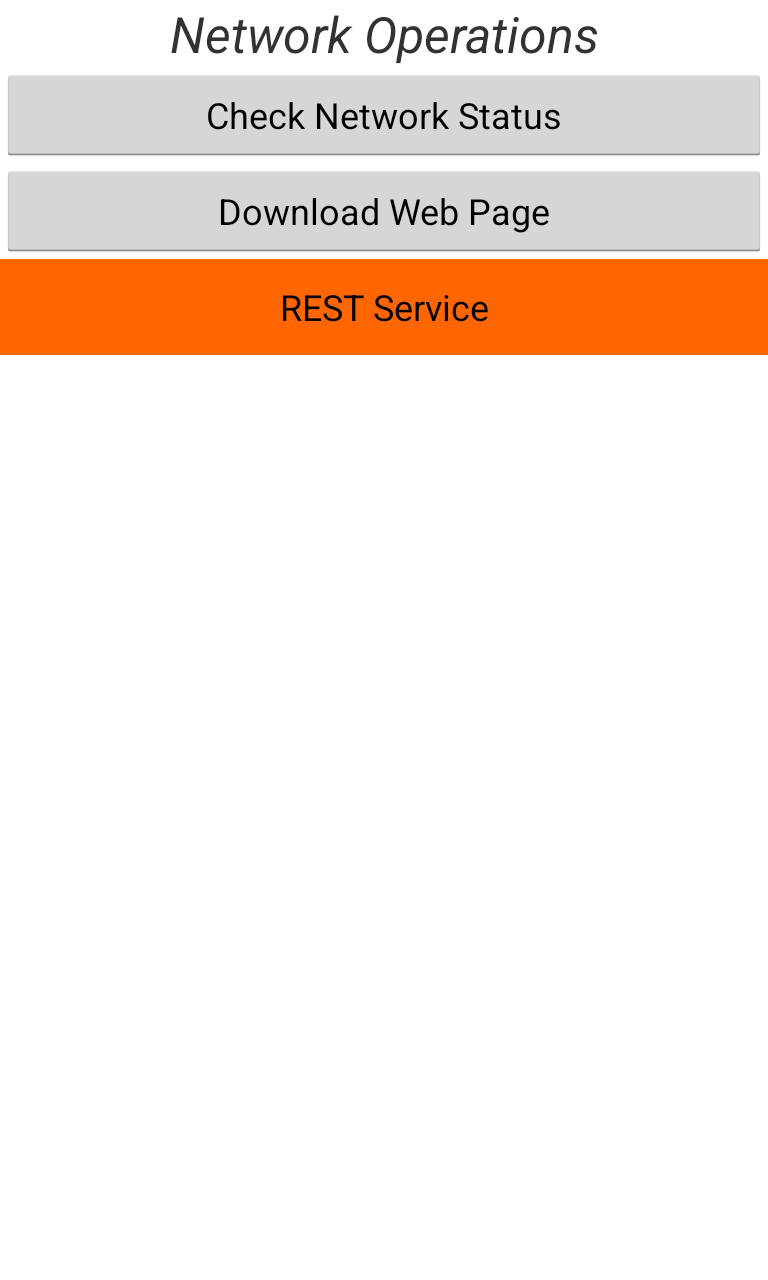
Repository: bvrit-vineeth/android-projects
Layout: NetworkingTest/res/layout/activity_main.xml
The author's editor kept a copy of each file at every save. The layout is drawn from the files as they stood at one save, then again after the next save.
It is drawn on a 768 x 1280 px phone screen (xhdpi) without system bars, with theme AppTheme; the app's code is not run.

Above is the layout before, as saved 2013-08-26 16:19:59.

### NetworkingTest/res/layout/activity_main.xml
<?xml version="1.0" encoding="utf-8"?>
<LinearLayout
	android:id="@+id/widget32"
	android:layout_width="fill_parent"
	android:layout_height="fill_parent"
	android:orientation="vertical"
	xmlns:android="http://schemas.android.com/apk/res/android">
<TextView
	android:id="@+id/widget35"
	android:layout_width="fill_parent"
	android:layout_height="wrap_content"
	android:text="Network Operations"
	android:textSize="25sp"
	android:typeface="sans"
	android:textStyle="italic"
	android:gravity="center" />
<Button
	android:id="@+id/widget37"
	android:layout_width="fill_parent"
	android:layout_height="wrap_content"
	android:text="Check Network Status" />
<Button
	android:id="@+id/widget38"
	android:layout_width="fill_parent"
	android:layout_height="wrap_content"
	android:text="Download Web Page" />
<Button
	android:id="@+id/widget39"
	android:layout_width="fill_parent"
	android:layout_height="wrap_content"
	android:background="#ffff6600"
	android:text="REST Service" />
</LinearLayout>

Loaded but not shown: NetworkingTest/res/values/styles.xml (common file); NetworkingTest/res/values-v11/styles.xml (common file); NetworkingTest/res/values-v14/styles.xml (common file)

After the next save:
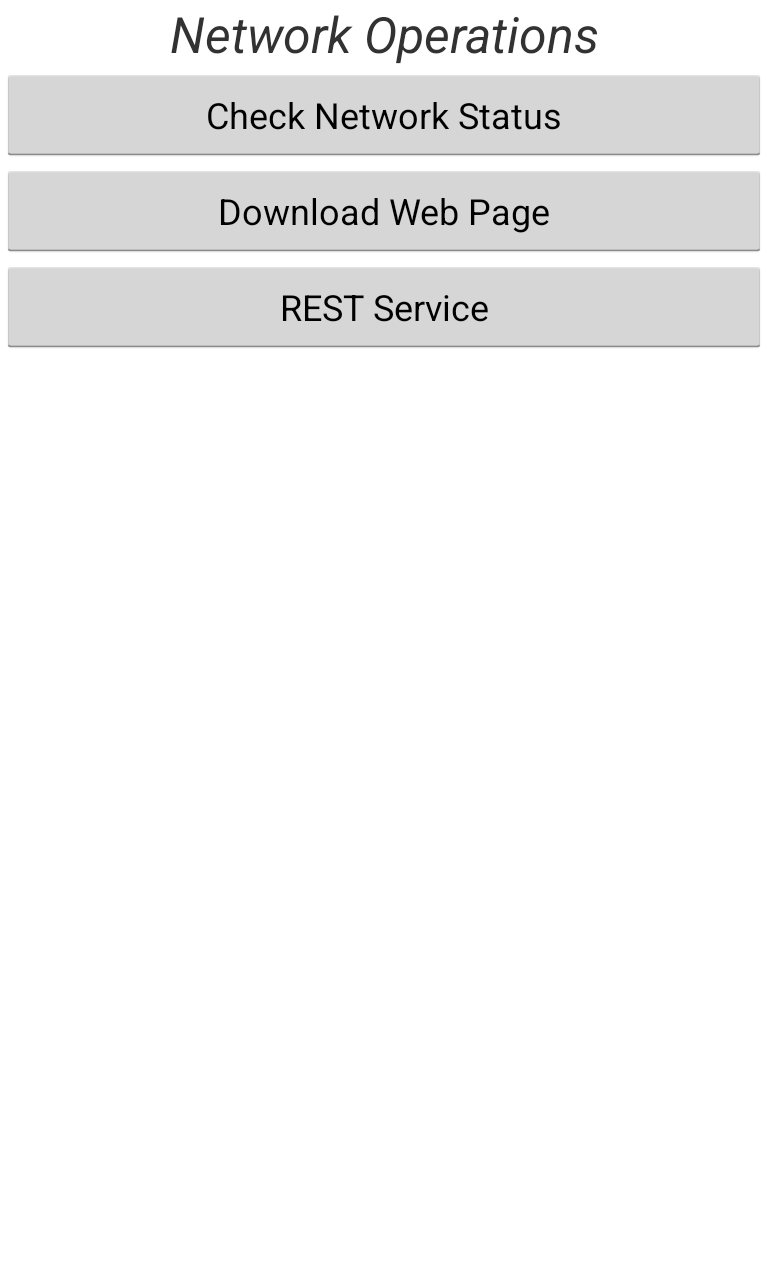
Saved 14 s later.
--- a/NetworkingTest/res/layout/activity_main.xml
+++ b/NetworkingTest/res/layout/activity_main.xml
@@ -28,6 +28,5 @@
 	android:id="@+id/widget39"
 	android:layout_width="fill_parent"
 	android:layout_height="wrap_content"
-	android:background="#ffff6600"
 	android:text="REST Service" />
 </LinearLayout>
